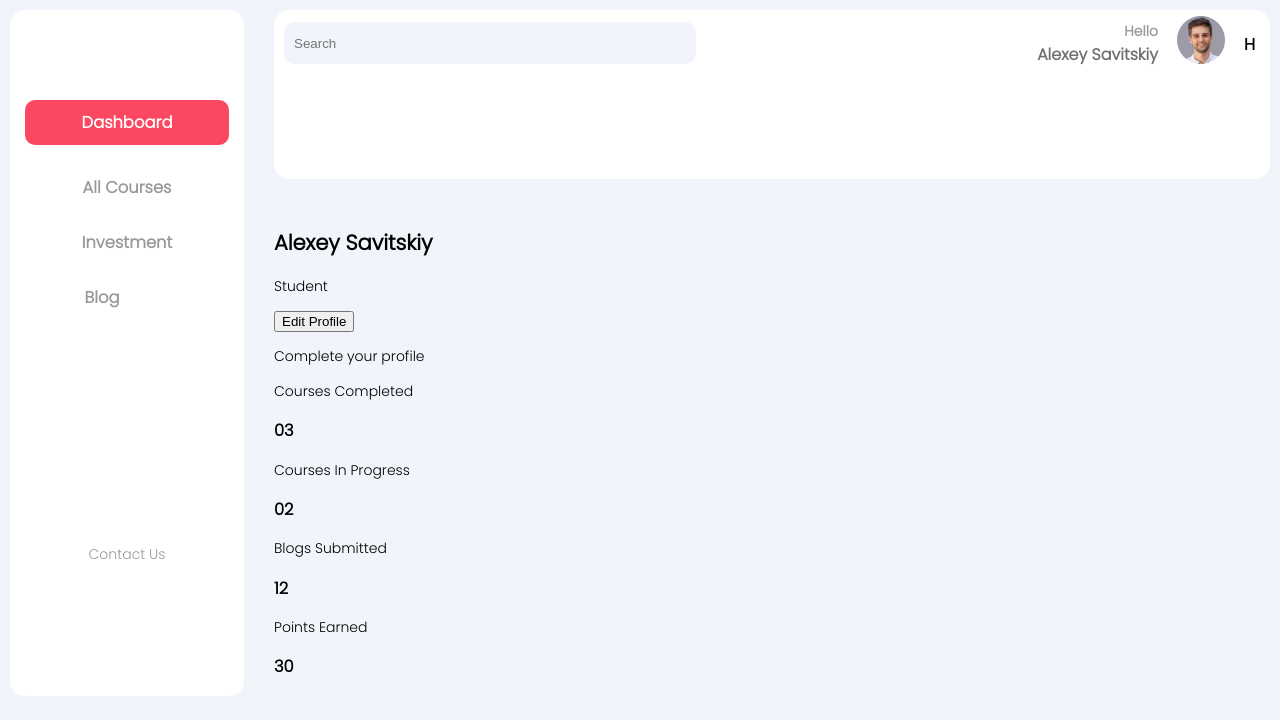
Repository: Anuruddha00/dashboard-design
Page: /
An editor plug-in stored every save of this project. The page is shown before and after the next save, followed by the edit.
The browser window is 1280 px wide. The pictures show the whole page.
The project was rebuilt for these pictures with package versions that can differ from the ones it lists, and the page was loaded fresh each time.

Above is the page before, as saved 2021-05-07 12:43:00.

After the next save:
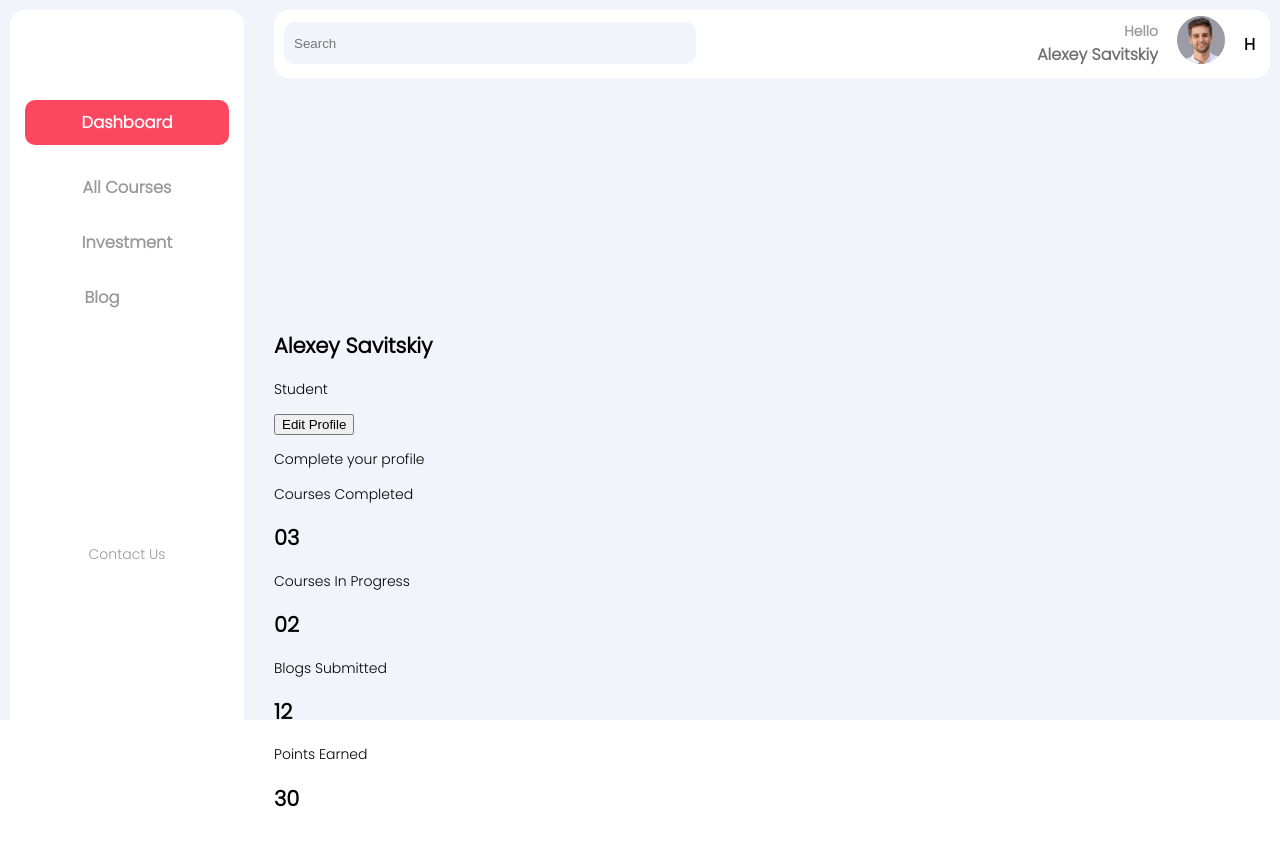
Saved 113 s later.
--- a/src/containers/Dashboard/Dashboard.js
+++ b/src/containers/Dashboard/Dashboard.js
@@ -34,7 +34,8 @@ const dashboard = () =>{
                                 <h1>H</h1>
                             </div>
                         </nav>
-                        <div className='contentBody'>
+                   </section>
+
                             <section className='details'>
                                 <div className='detailsAbout'>
                                     <div>
@@ -67,8 +68,7 @@ const dashboard = () =>{
                                     </div>
                                 </div>
                             </section>
-                        </div>
-                   </section>
+
                 </div>
             </div>
         </div>

After the 5 saves that followed:
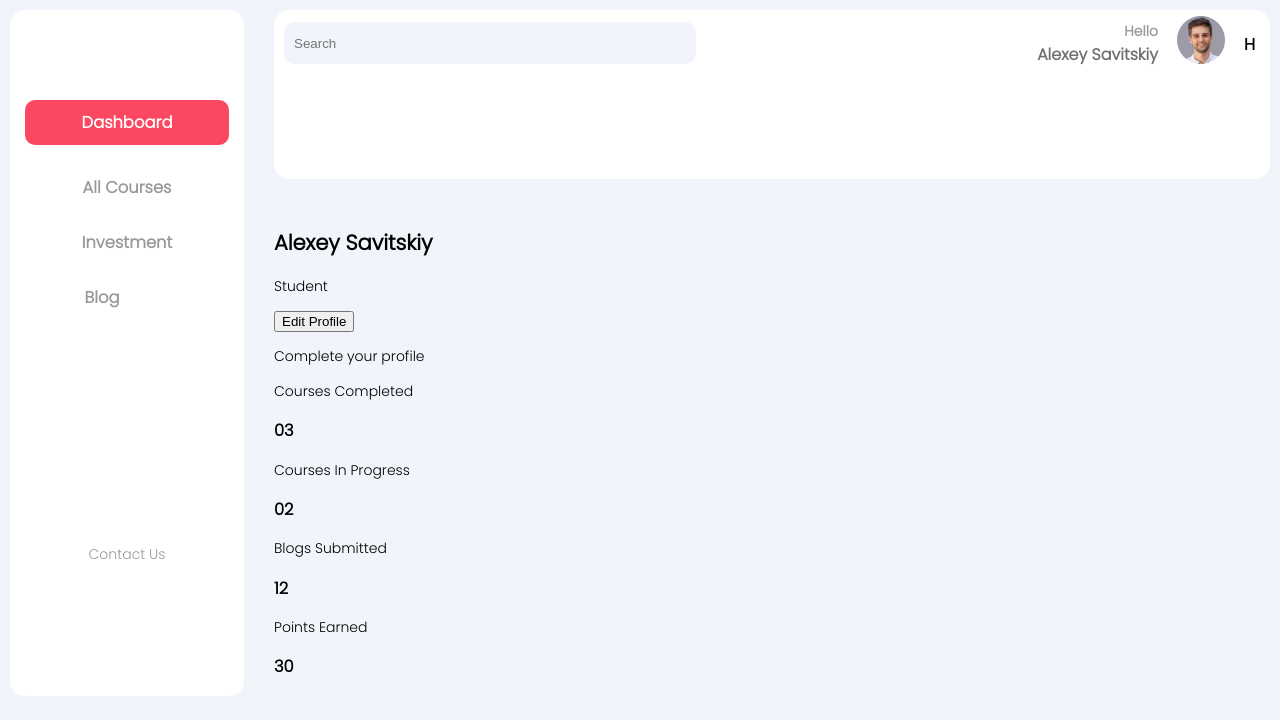
The 5 saves are shown as one change because 4 left the picture as it was.
The last was saved 8 min 22 s later.
--- a/src/containers/Dashboard/Dashboard.js
+++ b/src/containers/Dashboard/Dashboard.js
@@ -34,8 +34,7 @@ const dashboard = () =>{
                                 <h1>H</h1>
                             </div>
                         </nav>
-                   </section>
-
+                        <div className='contentBody'>
                             <section className='details'>
                                 <div className='detailsAbout'>
                                     <div>
@@ -46,7 +45,6 @@ const dashboard = () =>{
                                     </div>
                                     <div>
                                         <p>Complete your profile</p>
-
                                     </div>
                                     <div>
                                         <div>
@@ -68,7 +66,8 @@ const dashboard = () =>{
                                     </div>
                                 </div>
                             </section>
-
+                        </div>
+                   </section>
                 </div>
             </div>
         </div>
--- a/src/containers/Dashboard/Dashboard.scss
+++ b/src/containers/Dashboard/Dashboard.scss
@@ -121,11 +121,8 @@ body{
                         }
                     }
                 }
-                &Body{
+                .details{
 
-                    .details{
-
-                    }
                 }
             }
         }
